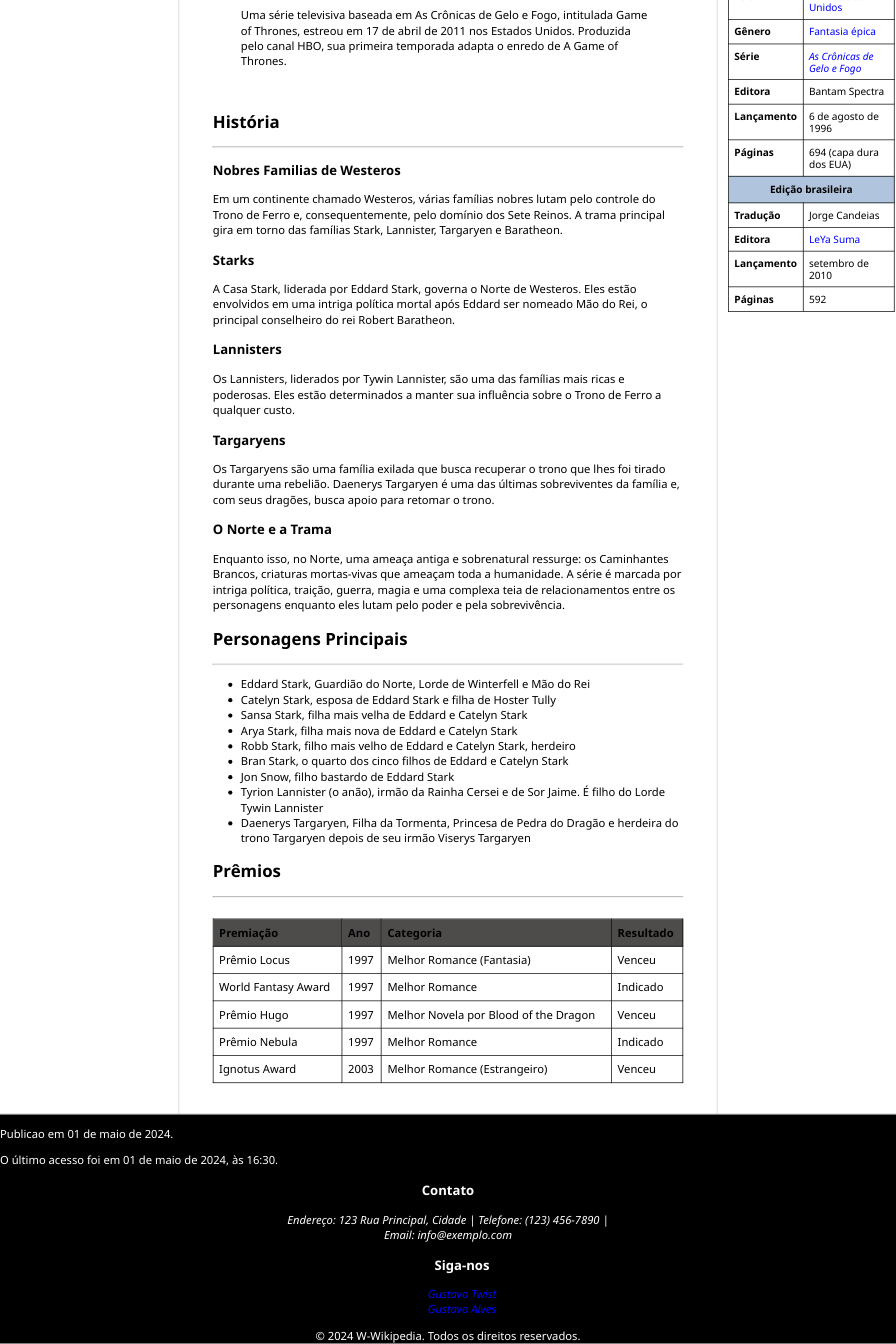
Repository: gustavotwist/projeto-w-wikipedia
Page: index.html
An editor plug-in stored every save of this project. The page is shown before and after a run of saves, followed by the edit.
The browser window is 1280 px wide. The pictures show the part of the page from y = 785 to 2705 px (the page is 2705 px tall before and 2683 px after), at 70% of full size.

Above is the page before, as saved 2024-05-01 16:51:51.

### index.html
<!DOCTYPE html>
<html lang="pt-br">
<head>
    <meta charset="UTF-8">
    <meta http-equiv="X-UA-Compatible" content="IE=edge">
    <meta name="viewport" content="width=device-width, initial-scale=1.0">
    <title>W-Wikipedia</title>
    <link rel="stylesheet" href="css/style.css">
    <style>
        table {
            border-collapse: collapse;
            width: 100%;
        }
        th, td {
            border: 1px solid black;
            padding: 8px;
            text-align: left;
        }
        tr:hover {
            background-color: aqua;
        }
        th {
            background-color: rgb(78, 75, 75);
            color: black;
        }
    </style>
</head>
<body>

    <header>
        <h1 class="nome">W-Wikipedia</h1>
        <img src="imagens/logo.png" class="logo" alt="Logo da W-Wikipedia"/>
    </header>

    <aside class="bar"></aside>


    <section class="content">
        <nav class="sidebar">
            <h2>Conteúdo</h2>
            <ul>
                <li><a href="#">Início</a></li>
                    <details>
                        <summary><a href="#">História</a></summary>
                            <li><a href="#">Nobres Familias de Westeros</a></li>
                            <li><a href="#">Starks</a></li>
                            <li><a href="#">Lannisters</a></li>
                            <li><a href="#">Targaryens</a></li>
                            <li><a href="#">O Norte e a Trama</a></li>
                    </details>
                <li><a href="#">Personagens Principais</a></li>
                <li><a href="#">Prêmios</a></li>
            </ul>
        </nav>

        <main>
            <h1>Sobre o Livro de Game of Thrones</h1>
            <p>A Game of Thrones é o primeiro livro da série de fantasia épica As Crônicas de Gelo e Fogo, escrita pelo norte-americano George R. R. Martin e publicada pela editora Bantam Spectra.</p>
            <p>O livro dá nome a vários itens derivados baseados na saga, incluindo jogos de cartas colecionáveis, jogos de tabuleiro e um Role-playing game (RPG). Uma série televisiva baseada em As Crônicas de Gelo e Fogo, intitulada Game of Thrones, estreou em 17 de abril de 2011 nos Estados Unidos.</p>

            <figure>
                <img src="imagens/game-of-thrones.png" title="Game of Thrones" width="500" alt="Imagem de uma mulher e um dragão">
                <figcaption>Imagem de Game of Thrones</figcaption>
            </figure>

            <blockquote>
                Uma série televisiva baseada em As Crônicas de Gelo e Fogo, intitulada Game of Thrones, estreou em 17 de abril de 2011 nos Estados Unidos. Produzida pelo canal HBO, sua primeira temporada adapta o enredo de A Game of Thrones.
            </blockquote><br>

            <h2>História</h2><hr>
            <h3>Nobres Familias de Westeros</h3>
            <p>
                Em um continente chamado Westeros, várias famílias nobres lutam pelo controle do Trono de Ferro e, consequentemente, pelo domínio dos Sete Reinos. A trama principal gira em torno das famílias Stark, Lannister, Targaryen e Baratheon.

                <h3>Starks</h3>
                A Casa Stark, liderada por Eddard Stark, governa o Norte de Westeros. Eles estão envolvidos em uma intriga política mortal após Eddard ser nomeado Mão do Rei, o principal conselheiro do rei Robert Baratheon.

                <h3>Lannisters</h3>
                Os Lannisters, liderados por Tywin Lannister, são uma das famílias mais ricas e poderosas. Eles estão determinados a manter sua influência sobre o Trono de Ferro a qualquer custo.

                <h3>Targaryens</h3>
                Os Targaryens são uma família exilada que busca recuperar o trono que lhes foi tirado durante uma rebelião. Daenerys Targaryen é uma das últimas sobreviventes da família e, com seus dragões, busca apoio para retomar o trono.

                <h3>O Norte e a Trama</h3>
                Enquanto isso, no Norte, uma ameaça antiga e sobrenatural ressurge: os Caminhantes Brancos, criaturas mortas-vivas que ameaçam toda a humanidade.

                A série é marcada por intriga política, traição, guerra, magia e uma complexa teia de relacionamentos entre os personagens enquanto eles lutam pelo poder e pela sobrevivência.</p>

            <h2>Personagens Principais</h2><hr>
            <ul>
                <li>Eddard Stark, Guardião do Norte, Lorde de Winterfell e Mão do Rei</li>
                <li>Catelyn Stark, esposa de Eddard Stark e filha de Hoster Tully</li>
                <li>Sansa Stark, filha mais velha de Eddard e Catelyn Stark</li>
                <li>Arya Stark, filha mais nova de Eddard e Catelyn Stark</li>
                <li>Robb Stark, filho mais velho de Eddard e Catelyn Stark, herdeiro</li>
                <li>Bran Stark, o quarto dos cinco filhos de Eddard e Catelyn Stark</li>
                <li>Jon Snow, filho bastardo de Eddard Stark</li>
                <li>Tyrion Lannister (o anão), irmão da Rainha Cersei e de Sor Jaime. É filho do Lorde Tywin Lannister</li>
                <li>Daenerys Targaryen, Filha da Tormenta, Princesa de Pedra do Dragão e herdeira do trono Targaryen depois de seu irmão Viserys Targaryen</li>
            </ul>

            <h2>Prêmios</h2><hr><br>

            <table>
                <thead>
                    <tr>
                        <th>Premiação</th>
                        <th>Ano</th>
                        <th>Categoria</th>
                        <th>Resultado</th>
                    </tr>
                </thead>

                <tbody>
                    <tr>
                        <td>Prêmio Locus</td>
                        <td>1997</td>
                        <td>Melhor Romance (Fantasia)</td>
                        <td>Venceu</td>
                    </tr>
                    <tr>
                        <td>World Fantasy Award	</td>
                        <td>1997</td>
                        <td>Melhor Romance</td>
                        <td>Indicado</td>
                    </tr>
                    <tr>
                        <td>Prêmio Hugo</td>
                        <td>1997</td>
                        <td>Melhor Novela por Blood of the Dragon</td>
                        <td>Venceu</td>
                    </tr>
                    <tr>
                        <td>Prêmio Nebula</td>
                        <td>1997</td>
                        <td>Melhor Romance</td>
                        <td>Indicado</td>
                    </tr>
                    <tr>
                        <td>Ignotus Award</td>
                        <td>2003</td>
                        <td>Melhor Romance (Estrangeiro)</td>
                        <td>Venceu</td>
                    </tr>
                </tbody>
            </table><br><br>
        </main>

        <article class="anchors">
            <h2>Sobre o Livro</h2>
            <table cellpadding="3" style="line-height:1.2em; font-size: 90%;">

                <tbody>
                    <tr>
                        <th colspan="2" class="topo livro" style="text-align:center; background-color:#347cdb;"><span><i>Sobre o Livro de Game of Thrones</i></span>
                        </th>
                    </tr>

                    <tr>
                        <th colspan="2" style="text-align:center; text-align:center; line-height:1.5em; background-color:#93b3dd;"><small><i>A Guerra dos Tronos (v. 1)<br>A Muralha de Gelo (v. 2)</i>&nbsp;<br><i>A Guerra dos Tronos</i>&nbsp;(<a href="#" title="Brasil">BR</a>)</small>
                        </th>
                    </tr>

                    <tr>
                        <td colspan="2"><img src="imagens/livro.png" width="220" height="210"><br>Capa da edição norte-americana.
                        </td>
                    </tr>

                    <tr>
                        <td scope="row" style="vertical-align: top; text-align: left; font-weight:bold; text-align: left;">Autor(es)
                        </td>
                        <td style="vertical-align: top; text-align: left; text-align: left;"><a href="#" title="George R. R. Martin">George R. R. Martin</a>
                        </td>
                    </tr>

                    <tr>
                        <td scope="row" style="vertical-align: top; text-align: left; font-weight:bold; text-align: left;">Idioma
                        </td>
                        <td style="vertical-align: top; text-align: left; text-align: left;"><a href="#" title="Língua inglesa">Inglês</a>
                        </td>
                    </tr>

                    <tr>
                        <td scope="row" style="vertical-align: top; text-align: left; font-weight:bold; text-align: left;">País
                        </td>
                        <td style="vertical-align: top; text-align: left; text-align: left;"><img alt="" src="//upload.wikimedia.org/wikipedia/commons/thumb/a/a4/Flag_of_the_United_States.svg/22px-Flag_of_the_United_States.svg.png" width="22" height="12">&nbsp;<a href="#" title="Estados Unidos">Estados Unidos</a>
                        </td>
                    </tr>

                    <tr>
                        <td scope="row" style="vertical-align: top; text-align: left;  font-weight:bold; text-align: left;">Gênero
                        </td>
                        <td style="vertical-align: top; text-align: left; text-align: left;"><a href="#" title="Fantasia (gênero)">Fantasia épica</a>
                        </td>
                    </tr>

                    <tr>
                        <td scope="row" style="vertical-align: top; text-align: left; font-weight:bold; text-align: left;">Série
                        </td>
                        <td style="vertical-align: top; text-align: left; text-align: left;"><i><a href="#" title="As Crônicas de Gelo e Fogo">As Crônicas de Gelo e Fogo</a></i>
                        </td>
                    </tr>

                    <tr>
                        <td scope="row" style="vertical-align: top; text-align: left; font-weight:bold; text-align: left;">Editora
                        </td>
                        <td style="vertical-align: top; text-align: left; text-align: left;">Bantam Spectra
                        </td>
                    </tr>

                    <tr>
                        <td scope="row" style="vertical-align: top; text-align: left; font-weight:bold; text-align: left;">Lançamento
                        </td>
                        <td style="vertical-align: top; text-align: left; text-align: left;">6 de agosto de 1996
                        </td>
                    </tr>

                    <tr>
                        <td scope="row" style="vertical-align: top; text-align: left; font-weight:bold; text-align: left;">Páginas
                        </td>
                        <td style="vertical-align: top; text-align: left; text-align: left;">694 (capa dura dos EUA)
                        </td>
                    </tr>

                    <tr>
                        <th colspan="2" style="text-align:center; text-align:center; line-height:1.5em; background-color:#b0c4de;">Edição brasileira
                        </th>
                    </tr>

                    <tr>
                        <td scope="row" style="vertical-align: top; text-align: left;font-weight:bold; text-align: left;">Tradução
                        </td>
                        <td style="vertical-align: top; text-align: left; text-align: left;">Jorge Candeias
                        </td>
                    </tr>

                    <tr>
                        <td scope="row" style="vertical-align: top; text-align: left; font-weight:bold; text-align: left;">Editora
                        </td>
                        <td style="vertical-align: top; text-align: left; text-align: left;"><a href="#" title="LeYa">LeYa</a> <a href="#" title="Suma">Suma</a>
                        </td>
                    </tr>

                    <tr>
                        <td scope="row" style="vertical-align: top; text-align: left; font-weight:bold; text-align: left;">Lançamento
                        </td>
                        <td style="vertical-align: top; text-align: left; text-align: left;">setembro de 2010
                        </td>
                    </tr>

                    <tr>
                        <td scope="row" style="vertical-align: top; text-align: left; font-weight:bold; text-align: left;">Páginas
                        </td>
                        <td style="vertical-align: top; text-align: left; text-align: left;">592
                        </td>
                    </tr>
                </tbody></table>
        </article>
    </section>

    <footer class="footer">
        <p>Publicao em <time pubdate>01 de maio de 2024</time>.</p>
        <p>O último acesso foi em <time datetime="2024-05-01T16:30:00">01 de maio de 2024, às 16:30</time>.</p>
        <h3>Contato</h3>
            <address>Endereço: 123 Rua Principal, Cidade | Telefone: (123) 456-7890 |</address>
            <address></address>
            <address>Email: info@exemplo.com</address>
            <ul>
                <h3>Siga-nos</h3>
                <li><a href="https://github.com/gustavotwist" target="_blank" title="Visitar o perfil de Gustavo Twist no GitHub"><i>Gustavo Twist</i></a></li>
                <li><a href="https://linkedin.com/in/gustavoalves7" target="_blank" title="Visitar o perfil de Gustavo Alves no Linkedin"><i>Gustavo Alves</i></a></li>
            </ul>
        <span>&copy; 2024 W-Wikipedia. Todos os direitos reservados.</span>
    </footer>
</body>
</html>

### css/style.css
body, html {
    margin: 0;
    padding: 0;
    font-family: 'Segoe UI', Tahoma, Geneva, Verdana, sans-serif;
}
nav ul { list-style: none; padding-left: 5px; }
article ul { list-style: none; padding-left: 5px; }
a { color:blue; text-decoration: none;}

header {
    background-color: black;
    color: white;
    padding: 10px;
    display: flex;
    align-items: center;
}

.logo {
    width: 150px;
    height: auto;
    order: 1;
}


.nome {
    font-size: 40px;
    order: 2;
}

.bar {
    background-color: #f9f9fb;
    padding:15px;
    border-top: solid 1px #cdcdcd;
    border-bottom: solid 1px #cdcdcd;
}
.content {
    max-width: 1440px;
    margin: auto;
    grid-gap: 3rem;
    display: grid;
    gap: 3rem;
    grid-template-areas: "sidebar main anchors";
    grid-template-columns: minmax(0,15rem) minmax(0,2.5fr) minmax(0,15rem);
    padding-left: 1rem;
    padding-right: 1rem;
}
.footer {
    background-color: black;
    color: white;
    min-height: 100px;
    border-top: solid 1px #cdcdcd;
    text-align: center;
    list-style: none;
}

.footer ul {
    list-style: none;
}

.footer p {
    list-style: none;
    text-align: left;
}
.anchors {
    border-left: solid 1px #cdcdcd;
    padding-left: 15px;
}
.sidebar {
    border-right: solid 1px #cdcdcd;
}
figure {
    text-align: center;
}

After the next 3 saves:
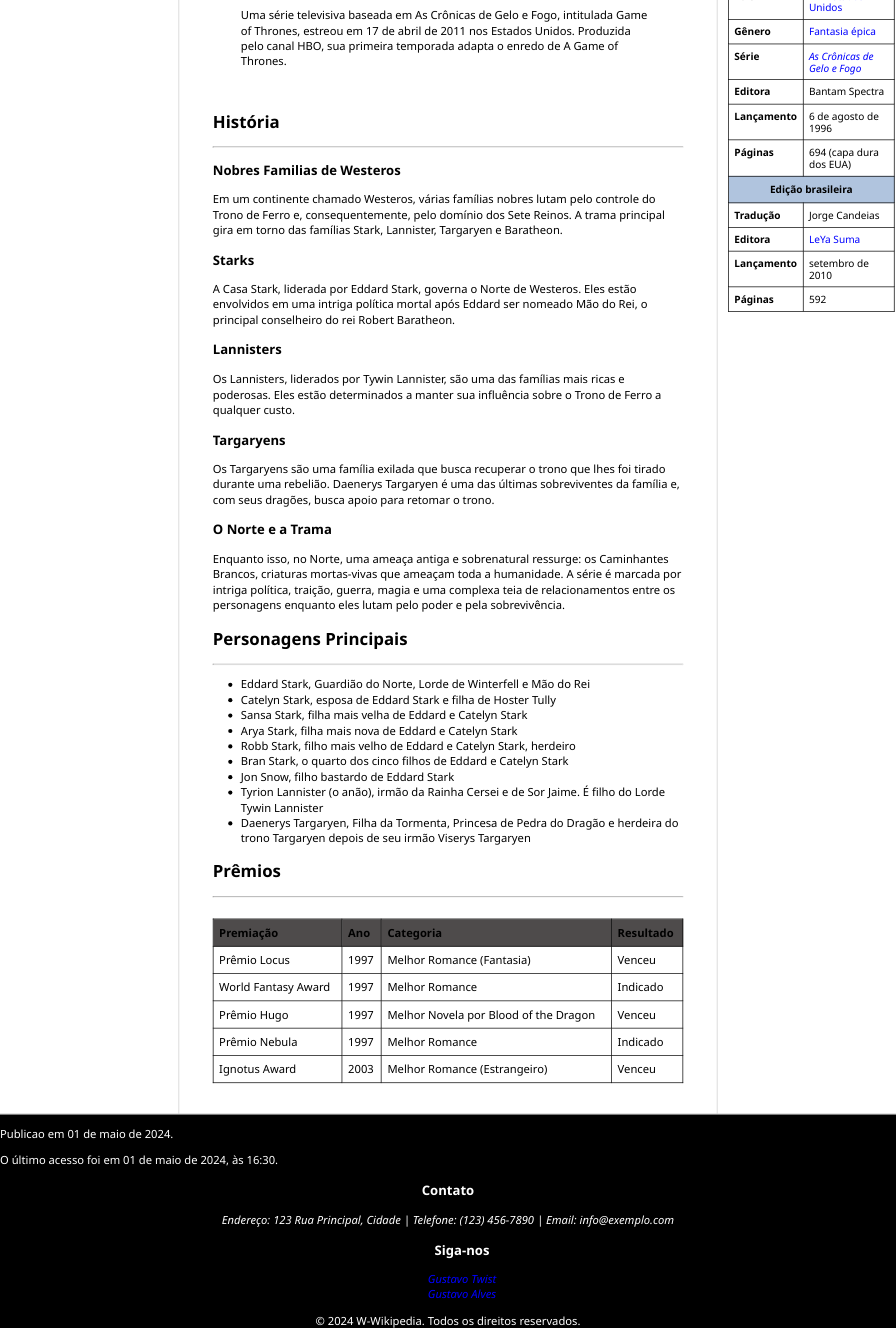
The 3 saves are shown as one change because they came seconds apart.
The last was saved 14 s later.
--- a/index.html
+++ b/index.html
@@ -262,9 +262,9 @@
         <p>Publicao em <time pubdate>01 de maio de 2024</time>.</p>
         <p>O último acesso foi em <time datetime="2024-05-01T16:30:00">01 de maio de 2024, às 16:30</time>.</p>
         <h3>Contato</h3>
-            <address>Endereço: 123 Rua Principal, Cidade | Telefone: (123) 456-7890 |</address>
+            <address>Endereço: 123 Rua Principal, Cidade | Telefone: (123) 456-7890 | Email: info@exemplo.com</address>
             <address></address>
-            <address>Email: info@exemplo.com</address>
+            <address></address>
             <ul>
                 <h3>Siga-nos</h3>
                 <li><a href="https://github.com/gustavotwist" target="_blank" title="Visitar o perfil de Gustavo Twist no GitHub"><i>Gustavo Twist</i></a></li>
